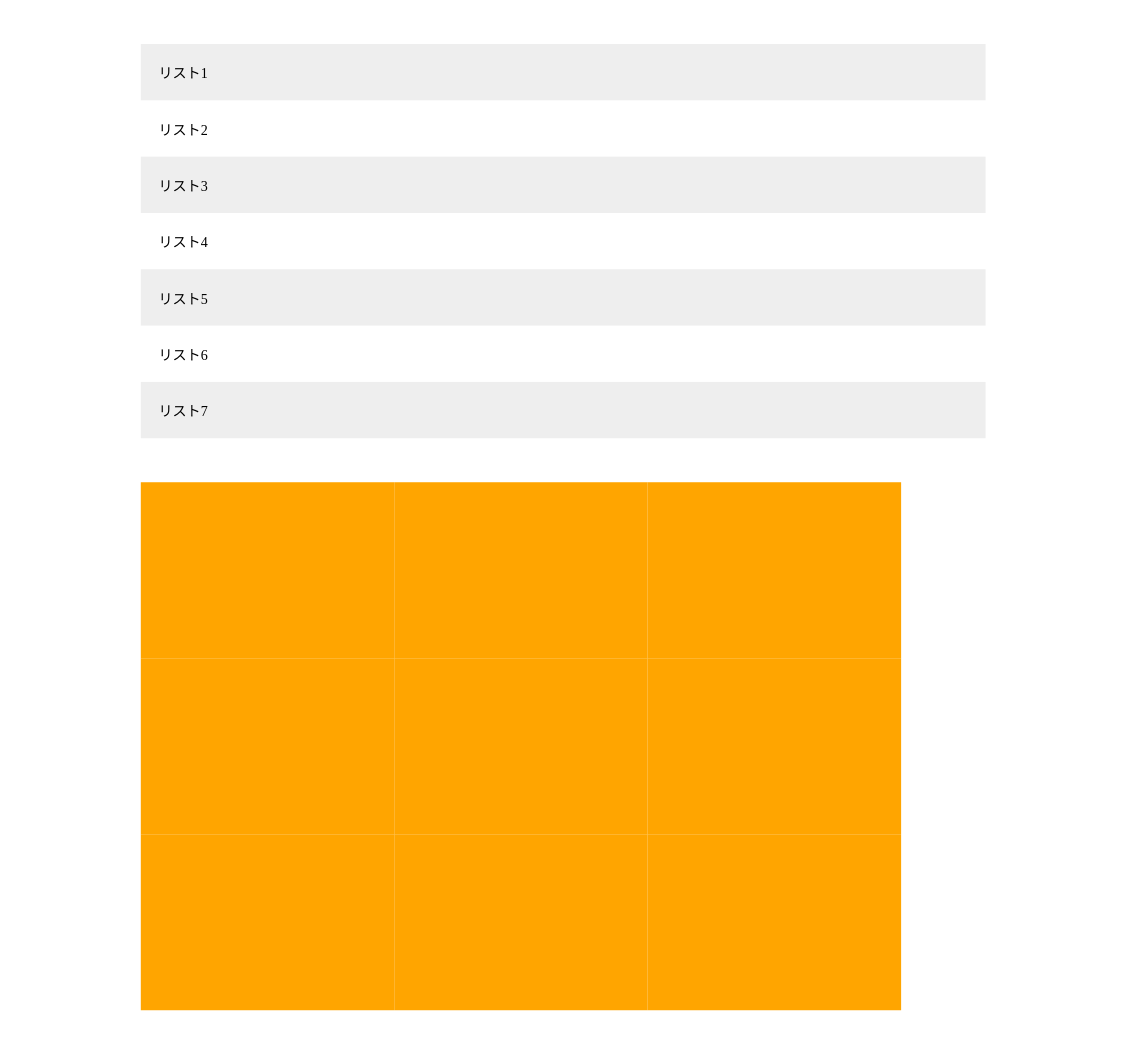
Repository: shizuki-okuma/dmm-webcamp
Page: chapter8-exercise/chapter8-exercise.html
The author's editor kept a record of every edit. The page is drawn from the files as they stood at one moment, then again after the next edit.
The browser window is 1280 px wide. The pictures show the whole page, at 88% of full size.

Above is the page before.

### chapter8-exercise/chapter8-exercise.html
<!DOCTYPE html>
<html lang="ja">
  <head>
    <meta charset="UTF-8" />
    <!-- CSSファイルの読み込み -->
    <link rel="stylesheet" href="style8.css" />
    <title>chapter8-exercise</title>
  </head>
  <body>
    <main>
    <div class="container1">
      <div class="list">リスト1</div>
      <div class="list">リスト2</div>
      <div class="list">リスト3</div>
      <div class="list">リスト4</div>
      <div class="list">リスト5</div>
      <div class="list">リスト6</div>
      <div class="list">リスト7</div>
    </div>
    <div class="container2">
      <div class="box1"></div>
      <div class="box1"></div>
      <div class="box1"></div>
      <div class="box1"></div>
      <div class="box1"></div>
      <div class="box1"></div>
      <div class="box1"></div>
      <div class="box1"></div>
      <div class="box1"></div>

    </div>
    </main>
  </body>
</html>

### chapter8-exercise/style8.css
* {
  margin: 0;
  padding: 0;
  box-sizing: border-box;
}
main {
  margin: 50px auto;
  width: 960px;
}
.container1 {
  margin-bottom: 50px;
}
.list {
  list-style: none;
  padding: 20px;
}
.list:nth-child(odd) {
  background-color: #eee;
}
.container2 {
  display: flex;
  flex-wrap: wrap;
}
.box1 {
  background-color: orange;
  width: 30%;
  height: 200px;
}
.box:first-child,
.box:nth-child(5),
.box:last-child {


}

After the next edit:
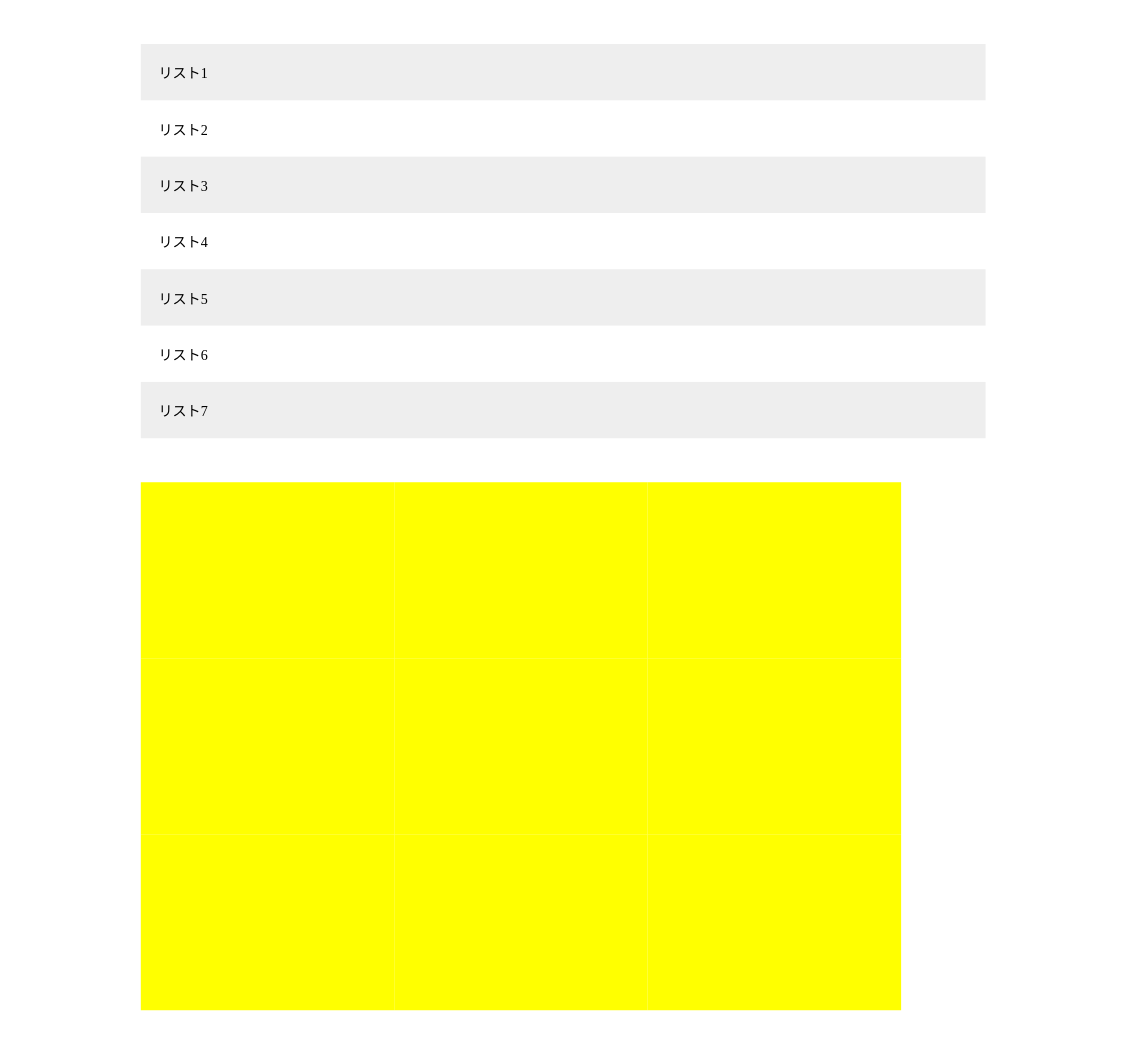
The edit:
--- a/chapter8-exercise/style8.css
+++ b/chapter8-exercise/style8.css
@@ -22,7 +22,7 @@
   flex-wrap: wrap;
 }
 .box1 {
-  background-color: orange;
+  background-color: yellow;
   width: 30%;
   height: 200px;
 }
